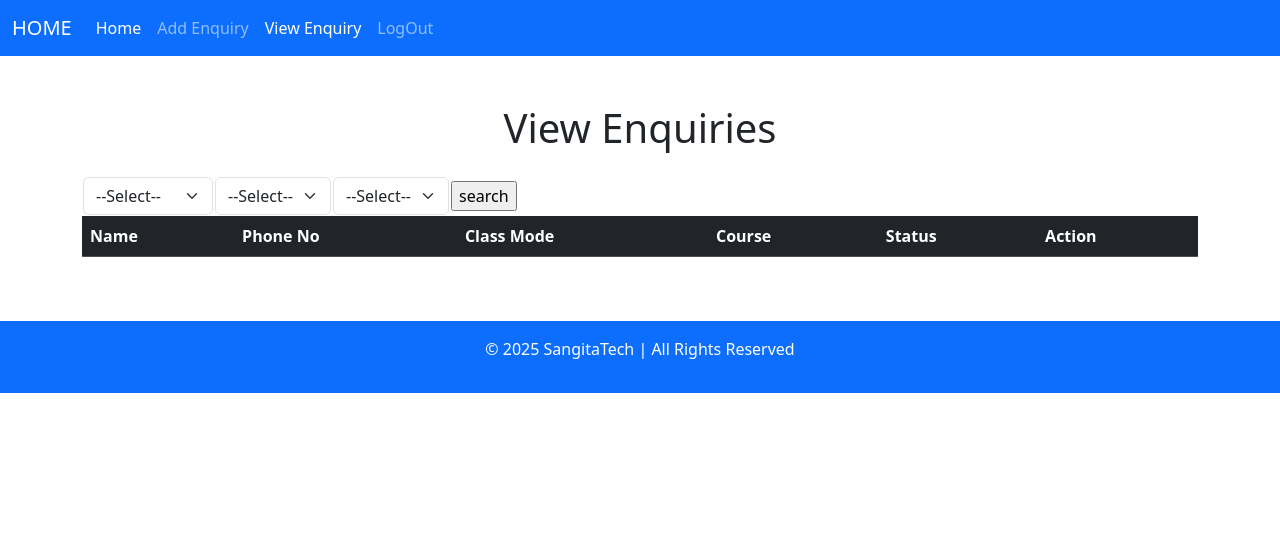
Repository: SitaSangita/Project
Page: http://localhost/viewenquiry
An editor plug-in stored every save of this project. The page is shown before and after the next save, followed by the edit.
The browser window is 1280 px wide. The pictures show the whole page.
The page is this project's Thymeleaf template; nobody is signed in. The template is opened directly, without the code that normally fills it, so the values that code supplies are empty.

Above is the page before, as saved 2025-01-02 18:50:49.

After the next save:
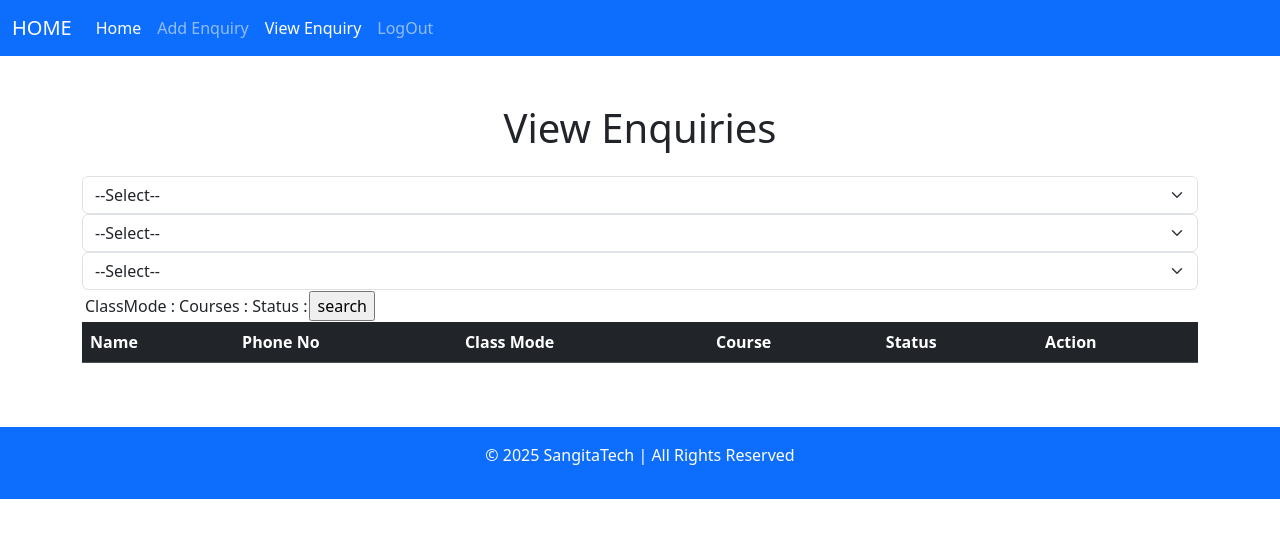
Saved 2 min 24 s later.
--- a/01_CounsellorProtal_MiniProject/src/main/resources/templates/viewenquiry.html
+++ b/01_CounsellorProtal_MiniProject/src/main/resources/templates/viewenquiry.html
@@ -45,6 +45,7 @@
 				<table>
 					<tr>
 						<td>
+							<td>ClassMode :</td>
 							<select class="form-select" id="classMode" th:field="*{classMode}">
 								<option value="">--Select--</option>
 								<option value="Classroom">Classroom</option>
@@ -52,6 +53,7 @@
 							</select>
 						</td>
 						<td>
+							<td>Courses :</td>
 							<select class="form-select" id="course" th:field="*{course}">
 								<option value="">--Select--</option>
 								<option value="Java">Java</option>
@@ -63,6 +65,7 @@
 							</select>
 						</td>
 						<td>
+							<td>Status :</td>
 							<select class="form-select" id="status" th:field="*{status}">
 								<option value="">--Select--</option>
 								<option value="Enrolled">Enrolled</option>

After the save that followed:
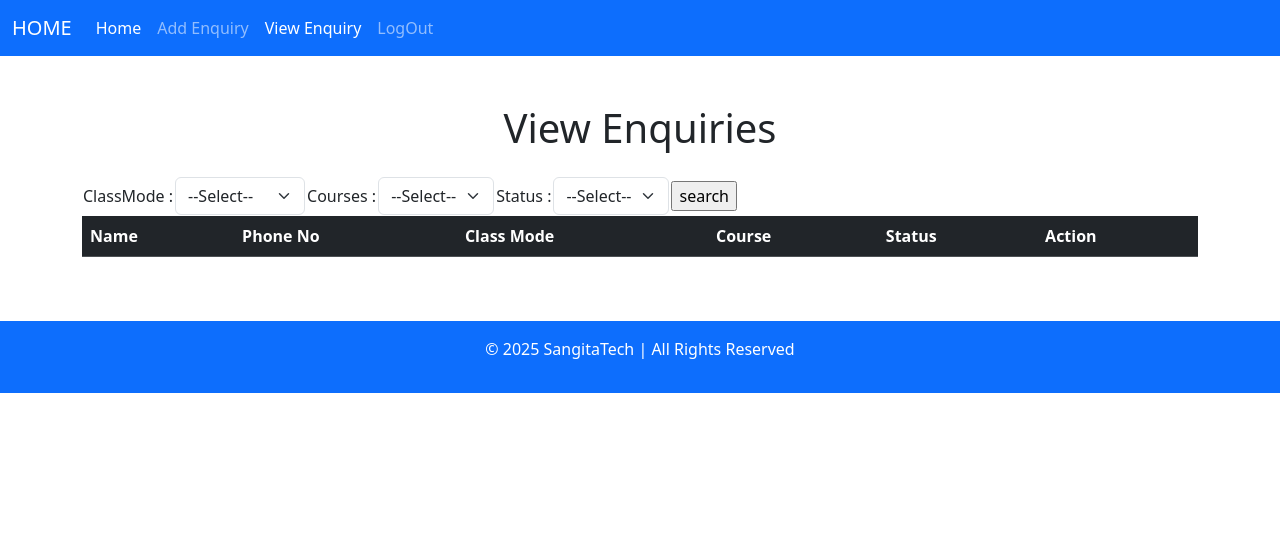
Saved 107 s later.
--- a/01_CounsellorProtal_MiniProject/src/main/resources/templates/viewenquiry.html
+++ b/01_CounsellorProtal_MiniProject/src/main/resources/templates/viewenquiry.html
@@ -44,16 +44,18 @@
 			<form th:action="@{/filter-enquiries}" th:object="filterDTO" method="post">
 				<table>
 					<tr>
+						<td>ClassMode :</td>
 						<td>
-							<td>ClassMode :</td>
+
 							<select class="form-select" id="classMode" th:field="*{classMode}">
 								<option value="">--Select--</option>
 								<option value="Classroom">Classroom</option>
 								<option value="online">Online</option>
 							</select>
 						</td>
+						<td>Courses :</td>
 						<td>
-							<td>Courses :</td>
+
 							<select class="form-select" id="course" th:field="*{course}">
 								<option value="">--Select--</option>
 								<option value="Java">Java</option>
@@ -64,8 +66,8 @@
 								<option value="Docker">Docker</option>
 							</select>
 						</td>
+						<td>Status :</td>
 						<td>
-							<td>Status :</td>
 							<select class="form-select" id="status" th:field="*{status}">
 								<option value="">--Select--</option>
 								<option value="Enrolled">Enrolled</option>
